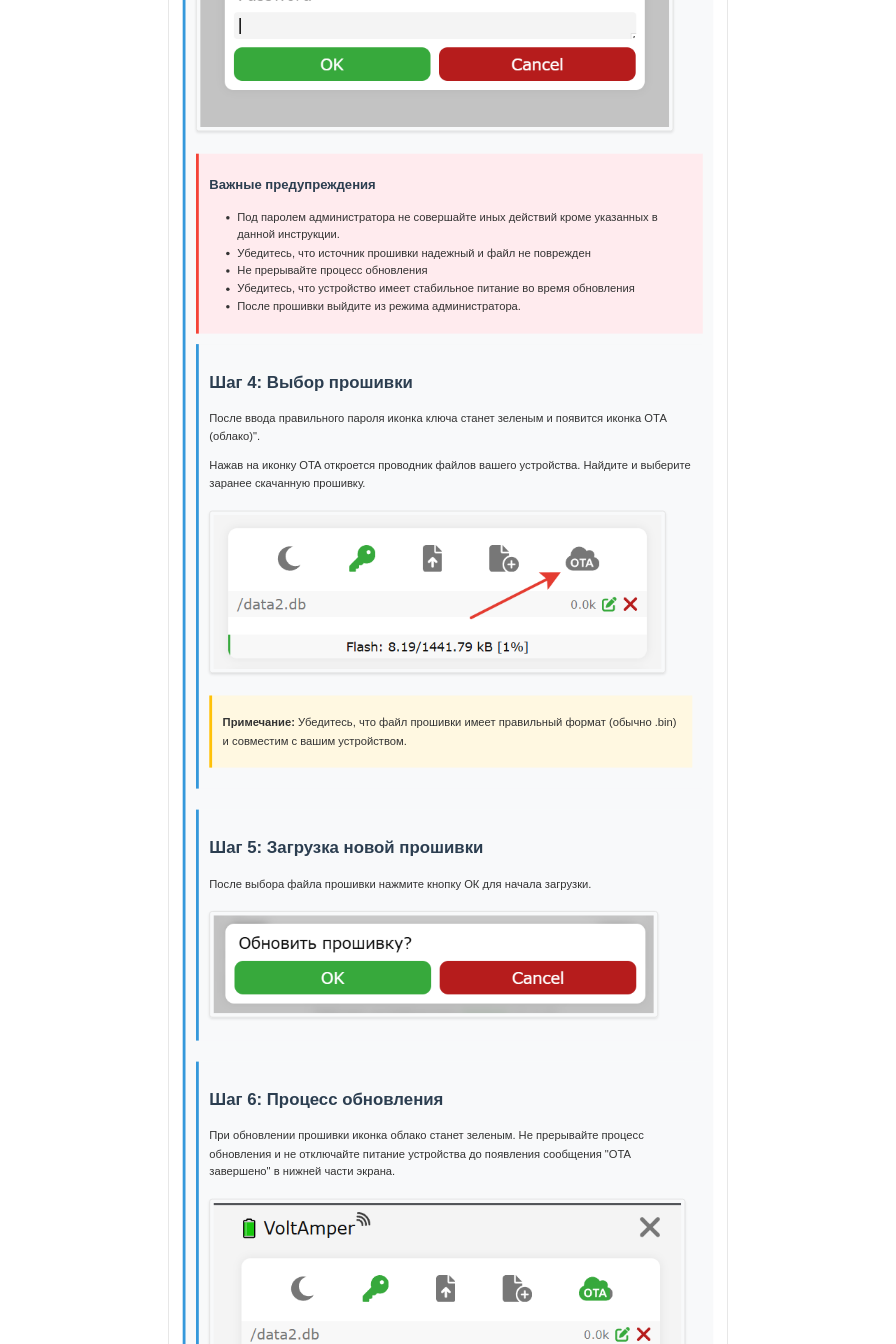
Repository: NikElectronics/ELIXStoFIX
Page: firmware.html
An editor plug-in stored every save of this project. The page is shown before and after the next save, followed by the edit.
The browser window is 1280 px wide. The pictures show the part of the page from y = 2592 to 4512 px (the page is 6243 px tall before and 6064 px after), at 70% of full size.

Above is the page before, as saved 2026-01-21 09:26:34.

After the next save:
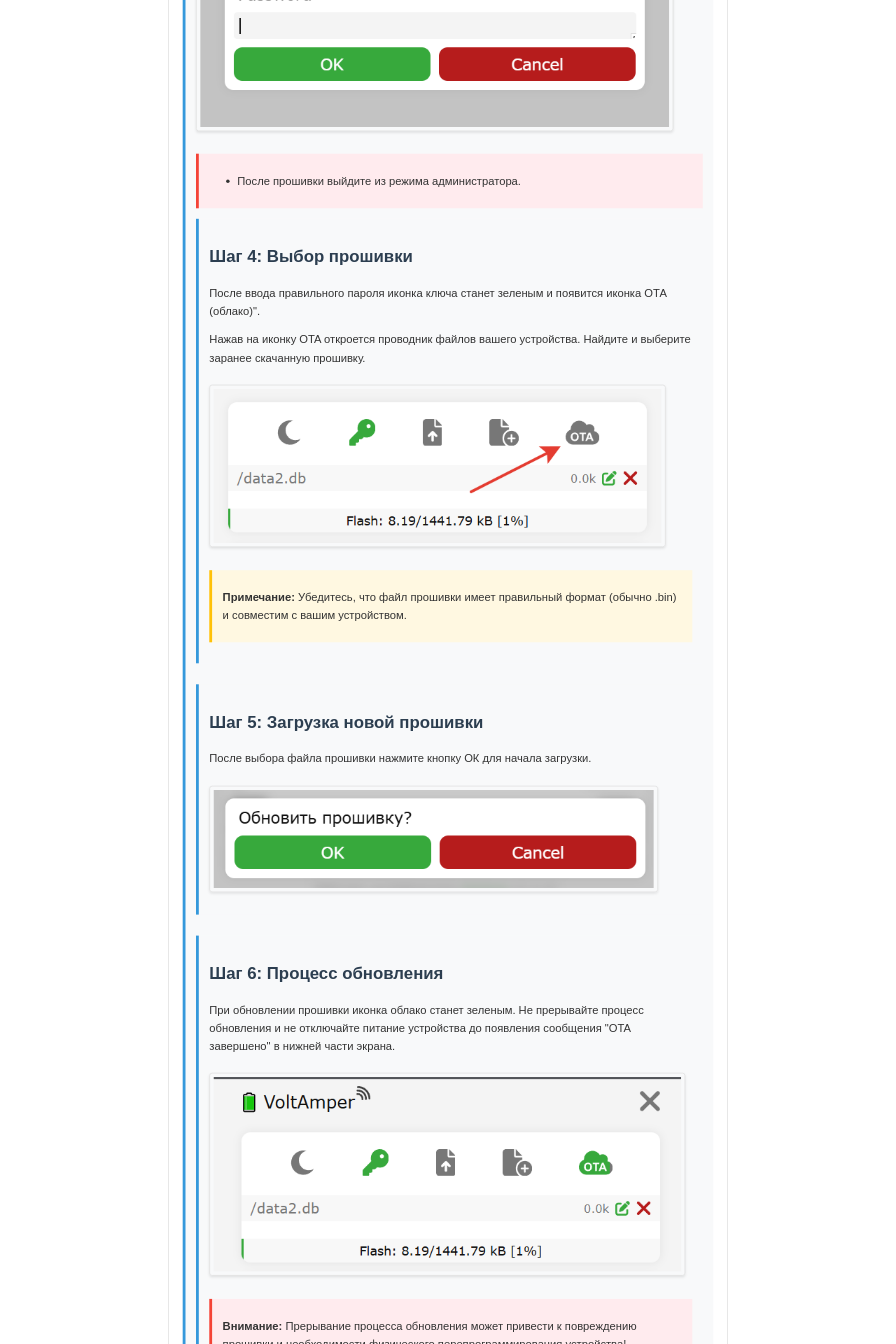
Saved 28 s later.
--- a/firmware.html
+++ b/firmware.html
@@ -228,12 +228,12 @@
                 версий)</p>
             <img src="images/password.png" alt="Главная страница веб-интерфейса" class="screenshot">
                  <div class="warning" id="importantWarnings">
-            <h3>Важные предупреждения</h3>
-            <ul>
-                <li>Под паролем администратора не совершайте иных действий кроме указанных в данной инструкции.</li>
+            <!-- <h3>Важные предупреждения</h3> -->
+            <ul>
+                <!-- <li>Под паролем администратора не совершайте иных действий кроме указанных в данной инструкции.</li>
                 <li>Убедитесь, что источник прошивки надежный и файл не поврежден</li>
                 <li>Не прерывайте процесс обновления</li>
-                <li>Убедитесь, что устройство имеет стабильное питание во время обновления</li>
+                <li>Убедитесь, что устройство имеет стабильное питание во время обновления</li> -->
                 <li>После прошивки выйдите из режима администратора.</li>
             </ul>
 
